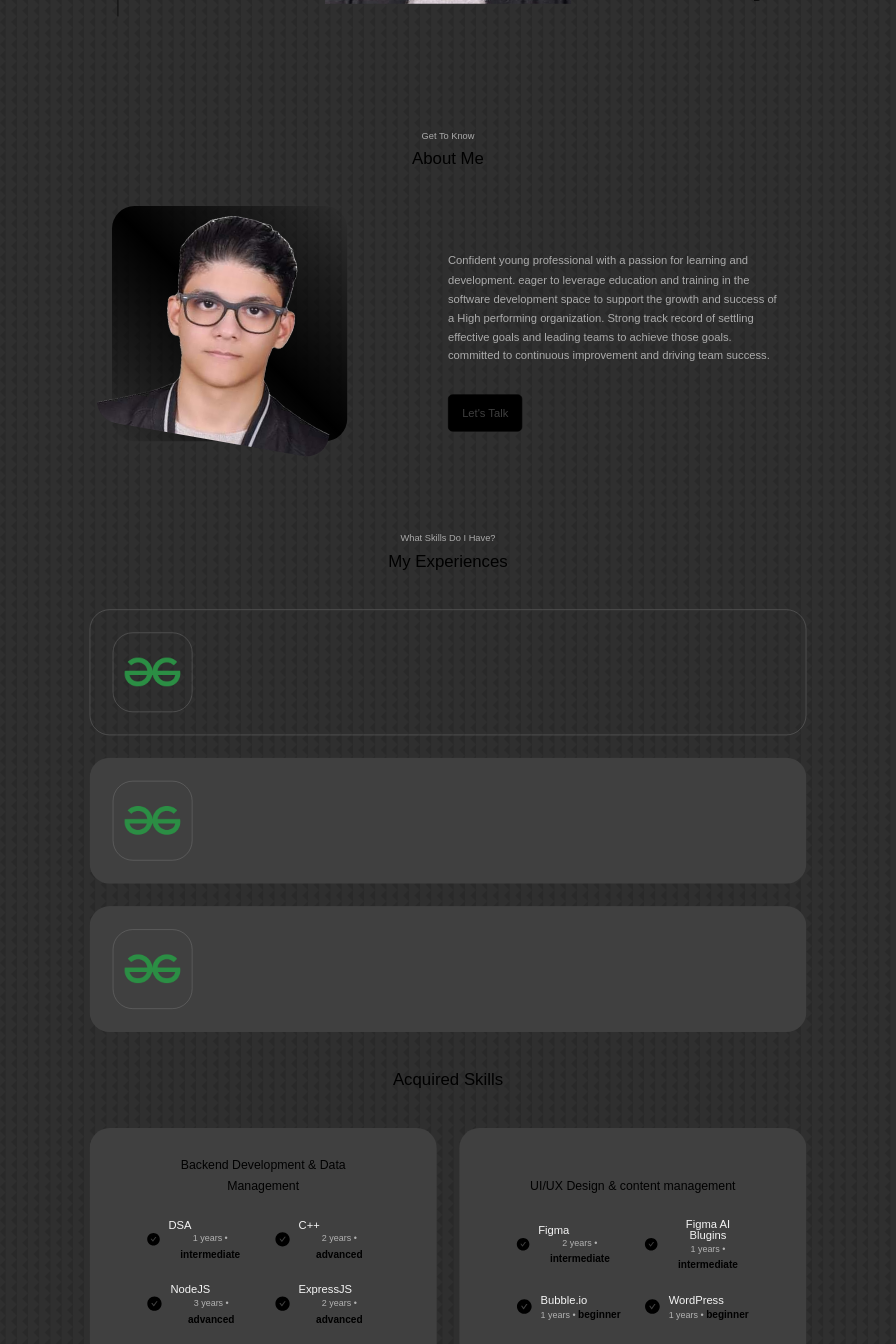
Repository: Z-Bahaa/project_joker_react_portfolio
Page: /
The author's editor kept a copy of each file at every save. The page is drawn from the files as they stood at one save, then again after the next save.
The browser window is 1280 px wide. The pictures show the part of the page from y = 808 to 2728 px (the page is 5483 px tall), at 70% of full size.
The pointer rests on the first visible `.history__container>div .image-container`.
Some web fonts or font styles are not loaded; a fallback is used. The project was rebuilt for these pictures with package versions that can differ from the ones it lists, and the page was loaded fresh each time. Imported but missing from the stored project, and not drawn on this page: src/assets/resume.pdf.

Above is the page before, as saved 2023-08-21 13:50:33.

### public/index.html
<!DOCTYPE html>
<html lang="en">

<head>
  <meta charset="UTF-8">
  <meta name="viewport" content="width=device-width, initial-scale=1.0">
  <title>Zeyad Bahaa</title>
  <link rel="shortcut icon" href="/Logo.png" />
</head>

<body>
  <div id="root"></div>
</body>

</html>

### src/App.jsx
import Header from './components/header/Header'
import Nav from './components/nav/Nav'
import About from './components/about/About'
import Experience from './components/experience/Experience'
// import Services from './components/services/Services'
import Portfolio from './components/portfolio/Portfolio'
// import Testimonials from './components/testimonials/Testimonials'
import Contact from './components/contact/Contact'
import Footer from './components/footer/Footer'


const App = () => {
  return (
    <>
      <Header />
      <Nav />
      <About />
      <Experience />
      {/* <Services /> */}
      <Portfolio />
{/*       <Testimonials /> */}
      <Contact />
      <Footer />

    </>
  )
}

export default App

### src/components/header/Header.jsx
import './header.css';
import CTA from './CTA'
import ME from '../../assets/me-3.png'
import HeaderSocials from './HeaderSocials'

const Header = () => {
  return (
    <div className='header container' id='home'>
      <div className='header__container'>
        <h5>Hello, I'm</h5>
        <h1>Zeyad Bahaa</h1>
        <h5 className="text-light">Software & web development Enthusiast</h5>
        <CTA />
        <HeaderSocials />

        <div className="me">
          <img src={ME} alt="" />
        </div>

        <a href='#contact' className="scroll__down">Scroll Down</a>
      </div>
    </div>
  )
}

export default Header

### src/components/nav/Nav.jsx
import './nav.css'
import { AiOutlineHome, AiOutlineUser, AiOutlineMessage } from 'react-icons/ai'
import { BiBookAlt } from 'react-icons/bi'
import { BsBagDash } from 'react-icons/bs'
import { useState} from 'react'

const Nav = () => {
  const [activeNav, setActiveNAv] = useState('#')
  return (
    <div className="nav">
      <a href="#home" className={activeNav === '#' ? 'active' : ''} onClick={() => setActiveNAv('#')}><AiOutlineHome /></a>
      <a href="#about" className={activeNav === '#about' ? 'active' : ''} onClick={() => setActiveNAv('#about')}><AiOutlineUser /></a>
      <a href="#experience" className={activeNav === '#experience' ? 'active' : ''} onClick={() => setActiveNAv('#experience')}><BiBookAlt /></a>
      <a href="#services" className={activeNav === '#services' ? 'active' : ''} onClick={() => setActiveNAv('#services')}><BsBagDash /></a>
      <a href="#contact" className={activeNav === '#contact' ? 'active' : ''} onClick={() => setActiveNAv('#contact')}><AiOutlineMessage /></a>
    </div>
  )
}

export default Nav

### src/components/about/About.jsx
import './about.css'
import ME from '../../assets/me-3.png'
/* import { FiAward, FiUsers } from 'react-icons/fi'
import { AiFillFolderOpen } from 'react-icons/ai' */
const About = () => {
  return (
    <div className="section" id="about">
      <h5>Get To Know</h5>
      <h2>About Me</h2>

      <div className="container about__container">
        <div className="about__me">
          <div className="about__me-image">
            <img src={ME} alt="About" />
          </div>
        </div>

        <div className="about__content">
          {/* <div className="about__cards">

            <div className="about__card">
              <FiAward className="about__icon" />
              <h5>Experience</h5>
              <small>3+ Years Working</small>
            </div>

            <div className="about__card">
              <FiUsers className="about__icon" />
              <h5>Clients</h5>
              <small>200+ Worldwide</small>
            </div>

            <div className="about__card">
              <AiFillFolderOpen className="about__icon" />
              <h5>Projects</h5>
              <small>80+ Completed Projects</small>
            </div>

          </div> */}

          <p>
          Confident young professional with a passion for learning and development. eager to leverage education and training in the software development space to support the growth and success of a High performing organization. Strong track record of settling effective goals and leading teams to achieve those goals. committed to continuous improvement and driving team success.
          </p>

          <a href="#contact" className="btn btn-primary">Let's Talk</a>
        </div>
      </div>
    </div>
  )
}

export default About

### src/components/experience/Experience.jsx
import './experience.css'
import {experiences} from '../../data/experiences'
import { AiFillCheckCircle } from 'react-icons/ai'
import GFG from '../../assets/GFG.png'

const Experience = () => {
  return (
    <div className="section" id="experience">
      <h5>What Skills Do I Have?</h5>
      <h2>My Experiences</h2>
      <div className="history__container">
        {
          experiences.map((field) => (
            <div>
              <div className="image-container">
                <img src={GFG}/>
              </div>
            </div>
          ))
        }
      </div>
      <h2>Acquired Skills</h2>
      <div className="experience__container">
        {
          experiences.map((field) => (
            <div>
              <h3>{field.title}</h3>
              <div className="experience__content">
                {
                  field.list.map((item) => (
                    <div className="experience__details">

                        <AiFillCheckCircle className="experience__details-icon"/>
                        <div>
                          <h4>{item.name}</h4>
                          <small>{(item.experience + " ")} • <span>{" " + item.level}</span> </small>
                        </div>
                    </div>
                  ))
                }
              </div>
            </div>
          ))
        }
      </div>

    </div>
  )
}

export default Experience

### src/components/portfolio/Portfolio.jsx
import './portfolio.css'
import projects from '../../data/projects'



const Portfolio = () => {
  return (
    <div className="section">
      <h5>My Recent Work</h5>
      <h2>Portfolio</h2>

      <div className="container portfolio__container">
        {
          projects.map(item => (
            <div  key={item.id} className="portfolio__item">
              <img src={item.img} className="portfolio__item-image" alt=""/>
              <h3>{item.title || 'This is a portfolio item title'}</h3>
              <div className="portfolio__item-cta">
                <a className="btn" href={item.github} target='_blank' rel="noreferrer">Github</a>
                <a className="btn btn-primary" href={item.demo} target='_blank' rel="noreferrer">Live Demo</a>
              </div>
            </div>
          ))
        }
      </div>
    </div>
  )
}

export default Portfolio

### src/components/contact/Contact.jsx
import './contact.css'
import { AiOutlineMail, AiOutlineWhatsApp } from 'react-icons/ai'
import { RiMessengerLine } from 'react-icons/ri'


const Contact = () => {

  return (
    <div className="section" id="contact">
      <h5>Get In Touch</h5>
      <h2>Contact Me</h2>

      <div className="container contact__container">
        <div className="contact__options">

          <div className="contact__option">
            <AiOutlineMail className='contact__option-icon'/>
            <h4>Email</h4>
            <h5>zizobahaapersonal@gmail.com</h5>
            <a href="mailto:zizobahaapersonal@gmail.com">Send a message</a>
          </div>

          <div className="contact__option">
            <RiMessengerLine className='contact__option-icon'/>
            <h4>Messenger</h4>
            <h5>Zizo Bahaa</h5>
            <a href="https://m.me/100071918118359">Send a message</a>
          </div>
          <div className="contact__option">
            <AiOutlineWhatsApp className='contact__option-icon' />
            <h4>WhatsApp</h4>
            <h5>+201020730202</h5>
            <a href="https://api.whatsapp.com/send?phone=201020730202" >Send a message</a>
          </div>

        </div>

{        <form
          // ref={form}
          // onSubmit={sendEmail}
          >
          <input type="text" name="name" placeholder="Your Full Name" required/>
          <input type="email" name="email" placeholder="Your Email" required/>
          <textarea name="message" placeholder="Your Message" rows="7" required/>
          <button type="submit" className="btn btn-primary">send Message</button>
        </form>}
      </div>
    </div>
  )
}

export default Contact

### src/components/footer/Footer.jsx
import './footer.css'
import { AiOutlineLinkedin, AiOutlineFacebook, } from 'react-icons/ai'
import { FiTwitter, FiGithub, FiInstagram } from 'react-icons/fi'
import { FaTiktok } from 'react-icons/fa'
import { SiMyanimelist } from 'react-icons/si'

const Footer = () => {
  return (
    <div className="footer">
      <a href="#home" className="footer__icon">Z. bahaa</a>

      <ul className="permalinks">
        <li><a href="#home">Home</a></li>
        <li><a href="#about">About</a></li>
        <li><a href="#experience">Experience</a></li>
        <li><a href="#services">Services</a></li>
        <li><a href="#portfolio">Portfolio</a></li>
        {/* <li><a href="#testimonials">Testimonials</a></li> */}
        <li><a href="#contact">Contact</a></li>
      </ul>

      <div className="footer__socials" >
        <a href='https://www.linkedin.com/in/z-bahaa-194022234/' target='_blank' rel="noreferrer"><AiOutlineLinkedin /></a>
        <a href='https://github.com/Z-Bahaa' target='_blank' rel="noreferrer"><FiGithub /></a>
        <a href='https://www.facebook.com/profile.php?id=100071918118359' target='_blank' rel="noreferrer"><AiOutlineFacebook /></a>
        <a href='https://twitter.com/ZBahaa2' target='_blank' rel="noreferrer"><FiTwitter /></a>
        <a href='https://www.tiktok.com/@z_bahaa' target='_blank' rel="noreferrer"><FaTiktok /></a>
        <a href='https://www.instagram.com/bahaa_zizo/' target='_blank' rel="noreferrer"><FiInstagram /></a>
        <a href='https://myanimelist.net/animelist/zizobahaa1' target='_blank' rel="noreferrer"><SiMyanimelist /></a>
      </div>

      <div className="footer__coptright">
        <small>&copy; Z.bahaa. All rights reserved.</small>
      </div>
    </div>
  )
}

export default Footer

### src/components/header/header.css
.header {
  height: 120vh;
  padding-top: 7rem;
  /* overflow: hidden; */
}

.header__container {
  text-align: center;
  height: 100%;
  position: relative;
}

.cta {
  margin-top: 2.5rem;
  display: flex;
  gap: 1.2rem;
  justify-content: center;
}

.header__socials {
  display: flex;
  flex-direction: column;
  position: absolute;
  left: 0;
  bottom: 2rem;
  gap: 1rem;
}

.header__socials::after {
  content: "";
  width: 1px;
  height: 2rem;
  background: var(--color-primary);
  align-self: center;
}

.me {
  background: linear-gradient(var(--color-primary), transparent);
  width: 22rem;
  max-height: 27rem;
  position: absolute;
  left: calc(50% - 11rem);
  margin-top: 4rem;
  border-radius: 12rem 12rem 0 0;
  -webkit-border-radius: 12rem 12rem 0 0;
  -moz-border-radius: 12rem 12rem 0 0;
  -ms-border-radius: 12rem 12rem 0 0;
  -o-border-radius: 12rem 12rem 0 0;
  overflow: hidden;
  /* padding: 5rem 1.5rem 1.5rem 1.5rem; */
}
/* .me img {
  min-height: 40rem;
} */

.scroll__down {
  position: absolute;
  right: 0rem;
  bottom: 5rem;
  transform: rotate(90deg);
  -webkit-transform: rotate(90deg);
  -moz-transform: rotate(90deg);
  -ms-transform: rotate(90deg);
  -o-transform: rotate(90deg);
  font-weight: 300;
  font-size: 0.9rem
}

@media screen and (max-width: 1024px) {
  .header {
    height: 70vh;
  }
}

@media screen and (max-width: 600px) {
  .header {
    height: 100vh;
  }


}

### src/components/header/CTA.jsx
import CV from '../../assets/resume.pdf'

import React from 'react'

const CTA = () => {
  return (
    <div className="cta">
      <a href={CV} className='btn'>Download CV</a>
      <a href="#contact" className="btn btn-primary">Let's Talk</a>
    </div>
  )
}

export default CTA

### src/components/header/HeaderSocials.jsx
import { AiOutlineLinkedin, AiOutlineFacebook,} from 'react-icons/ai'
import {FiGithub} from 'react-icons/fi'



const HeaderSocials = () => {
  return (
    <div className="header__socials">
      <a href='https://www.linkedin.com/in/zizo-bahaa' target='_blank'  rel="noreferrer"><AiOutlineLinkedin /></a>
      <a href='https://github.com/Z-Bahaa' target='_blank'  rel="noreferrer"><FiGithub /></a>
      <a href='https://www.facebook.com/profile.php?id=100071918118359' target='_blank'  rel="noreferrer"><AiOutlineFacebook /></a>
    </div>
  )
}

export default HeaderSocials

### src/components/nav/nav.css
.nav {
  background: rgba(0, 0, 0, 0.3);
  width: max-content;
  display: block;
  padding: 0.7em 1.7em;
  z-index: 2;
  position: fixed;
  left: 50%;
  transform: translateX(-50%);
  -webkit-transform: translateX(-50%);
  -moz-transform: translateX(-50%);
  -ms-transform: translateX(-50%);
  -o-transform: translateX(-50%);
  bottom: 2rem;
  display: flex;
  gap: 0.8rem;
  border-radius: 3rem;
  -webkit-border-radius: 3rem;
  -moz-border-radius: 3rem;
  -ms-border-radius: 3rem;
  -o-border-radius: 3rem;
  backdrop-filter: blur(15px);
}

.nav a {
  background: transparent;
  padding: 0.8rem;
  border-radius: 50%;
  -webkit-border-radius: 50%;
  -moz-border-radius: 50%;
  -ms-border-radius: 50%;
  -o-border-radius: 50%;
  display: flex;
  color: var(--color-light);
  font-size: 1.1rem;
}

.nav a:hover {
  background: rgba(0, 0, 0, 0.3);
}

.nav a.active {
  background: var(--color-primary);
  color: var(--color-bg)
}

### src/components/experience/experience.css
.experience__container {
  display: grid;
  grid-template-columns: 1fr 1fr;
  justify-content: center;
  gap: 2rem;
  margin-inline: 8rem;
}

.history__container {
  display: grid;
  grid-template-columns: 1fr;
  justify-content: center;
  gap: 2rem;
  margin-inline: 8rem;
  margin-bottom: 3rem;
}

.experience__container>div, .history__container>div {
  background: var(--color-bg-variant);
  display: flex;
  flex-direction: column;
  justify-content: center;
  width: 100%;
  padding: 2.4rem 5rem;
  border-radius: 1.8rem;
  -webkit-border-radius: 1.8rem;
  -moz-border-radius: 1.8rem;
  -ms-border-radius: 1.8rem;
  -o-border-radius: 1.8rem;
  border: 1px solid transparent;
  transition: var(--transition);
  -webkit-transition: var(--transition);
  -moz-transition: var(--transition);
  -ms-transition: var(--transition);
  -o-transition: var(--transition);
}

.history__container>div {
  display: flex;
  flex-direction: row;
  align-items: center;
  justify-content: flex-start;
  padding: 2rem;
}

.history__container>div .image-container{
  aspect-ratio: 1;
  display: flex;
  align-items: center;
  justify-content: center;
  width: fit-content;
  padding: 1rem;
  /* background-color: red; */
  border-radius: 1.8rem;
  -webkit-border-radius: 1.8rem;
  -moz-border-radius: 1.8rem;
  -ms-border-radius: 1.8rem;
  -o-border-radius: 1.8rem;
  /* background: transparent; */
  border-style: solid;
  border-width: 1px;
  border-color: var(--color-primary-variant);
}
.history__container>div .image-container:hover{
  background: transparent;
  border-style: solid;
  border-width: 1px;
  border-color: var(--color-primary-variant);
}

.history__container>div .image-container img{
  width: 5rem;
}

.experience__container>div:hover, .history__container>div:hover {
  background: transparent;
  border-color: var(--color-primary-variant);
  cursor: default;
}

.experience__container>div h3 {
  text-align: center;
  font-size: 1.1rem;
  margin-bottom: 2rem;
  color: var(--color-primary);
}

.experience__content {
  display: grid;
  grid-template-columns: 1fr 1fr;
  width: 100%;
  justify-content: space-between;
  /* background-color: red; */
  align-items: space-between;
  gap: 2rem;
  row-gap: 1.9rem;
}

.experience__details {
  display: flex;
  /* background-color: red; */
  width: fit-content;
  align-items: center;
  gap: .7rem;
}

.experience__details-icon {
  margin-bottom: 6px;
  font-size: 1.5rem;
  color: var(--color-primary);
}

.experience__details div {
  display: flex;
  flex-direction: column;
  gap: 0;
  align-items: flex-start;
  justify-content: center;
}

.experience__details div h4 {
  text-align: center;
  font-size: 1rem;
  line-height: 1rem;
  color: var(--color-white);
}

.experience__details div small {
  text-align: center;
  font-size: .8rem;
  /* line-height: 1rem; */
  color: var(--color-light);
}

.experience__details div span {
  text-align: center;
  font-size: .9rem;
  font-weight: bold;
  color: var(--color-primary);
}

@media screen and (max-width: 1024px) {
  .experience__container {
    grid-template-columns: 1fr;
    gap: 2rem;
  }

  .experience__container>div {
    width: 80%;
    padding: 2rem;
    margin: 0 auto;
  }

  .experience__content {
    padding: 1rem;
  }
}

@media screen and (max-width: 600px) {
  .experience__container {
    gap: 1rem;
  }

  .experience__container>div {
    width: 100%;
    padding: 2rem 1rem;
    margin: 0 auto;
  }
}

### src/components/portfolio/portfolio.css
.portfolio__container {
  display: grid;
  grid-template-columns: repeat(3, 1fr);
  gap: 2.5rem;
}

.portfolio__item {
  background: var(--color-bg-variant);
  padding: 1.2rem;
  border-radius: 2rem;
  -webkit-border-radius: 2rem;
  -moz-border-radius: 2rem;
  -ms-border-radius: 2rem;
  -o-border-radius: 2rem;
  border: 1px solid transparent;
  transition: var(--transition);
  -webkit-transition: var(--transition);
  -moz-transition: var(--transition);
  -ms-transition: var(--transition);
  -o-transition: var(--transition);
}

.portfolio__item:hover {
  border-color: var(--color-primary-variant);
  background: transparent;
}

.portfolio__item-image {
  border-radius: 1.5rem;
  -webkit-border-radius: 1.5rem;
  -moz-border-radius: 1.5rem;
  -ms-border-radius: 1.5rem;
  -o-border-radius: 1.5rem;
  overflow: hidden;
}

.portfolio__item h3 {
  margin: 1.2rem 0.2rem;
}

.portfolio__item-cta {
  display: flex;
  gap: 1rem;
  margin-bottom: 1rem;
}

@media screen and (max-width: 1024px) {
  .portfolio__container {
    grid-template-columns: 1fr 1fr;
    gap: 1.2rem;
  }
}

@media screen and (max-width: 600px) {
  .portfolio__container {
    grid-template-columns: 1fr;
    gap: 1rem;
  }
}

### src/components/contact/contact.css
.container.contact__container {
  width: 58%;
  display: grid;
  grid-template-columns: 30% 58%;
  gap: 12%;
}

.contact__options {
  display: flex;
  flex-direction: column;
  gap: 1.2rem;
}

.contact__option {
  background: var(--color-bg-variant);
  padding: 1.2rem;
  border-radius: 1.2rem;
  -webkit-border-radius: 1.2rem;
  -moz-border-radius: 1.2rem;
  -ms-border-radius: 1.2rem;
  -o-border-radius: 1.2rem;
  text-align: center;
  border: 1px solid transparent;
  transition: var(--transition);
  overflow: hidden;
}

.contact__option:hover {
  background: transparent;
  border-color: var(--color-primary-variant);
}

.contact__option-icon {
  font-size: 1.5rem;
  margin-bottom: 0.5rem;

}

.contact__option a {
  margin-top: 0.7rem;
  display: inline-block;
  font-size: .8rem;
}

form {
  display: flex;
  flex-direction: column;
  gap: 1.2rem;
}

input, textarea {
  width: 100%;
  padding: 1.5rem;
  border-radius: 0.5rem;
  -webkit-border-radius: 0.5rem;
  -moz-border-radius: 0.5rem;
  -ms-border-radius: 0.5rem;
  -o-border-radius: 0.5rem;
  background: transparent;
  border: 1px solid var(--color-primary-variant);
  resize: none;
  color: var(--color-white);
}

@media screen and (max-width: 1024px) {
  .container.contact__container {
    grid-template-columns: 1fr;
    gap: 2rem;
  }
}

@media screen and (max-width: 600px) {
  .container.contact__container {
    width: var(--container-width-sm);
  }
}

### src/components/footer/footer.css
.footer {
  background: var(--color-primary);
  padding: 3rem 0;
  padding-bottom: 0;
  text-align: center;
  font-size:0.9rem;
  margin-top: 7rem;
}

.footer a {
  color: var(--color-bg);
}

.footer__icon {
  font-size:2rem;
  font-weight: 500;
  margin-bottom: 2rem;
  display: inline-block;
}

.permalinks {
  display: flex;
  flex-wrap: wrap;
  justify-content: center;
  gap: 2rem;
  margin: 0 auto 3rem;
}

.footer__socials {
  display: flex;
  justify-content: center;
  gap: 1rem;
  margin-bottom: 4rem;
}

.footer__socials a {
  background: var(--color-bg);
  color: var(--color-white);
  padding: 0.8rem;
  border-radius: 0.7rem;
  -webkit-border-radius: 0.7rem;
  -moz-border-radius: 0.7rem;
  -ms-border-radius: 0.7rem;
  -o-border-radius: 0.7rem;
  display: flex;
  border: 1px solid transparent;
  margin-bottom: 5rem;
}

.footer__socials a:hover {
  background: transparent;
  color: var(--color-bg);
  border-color: var(--color-bg);

}

.footer__copyright {
  margin-bottom: 4rem;
  color: var(--color-bg);
}

@media screen and (max-width: 600px) {
  .permalinks {
    flex-direction: column;
    gap: 1.5rem;
  }
}

Loaded but not shown: src/data/experiences.js (105 lines, source omitted); src/data/projects.js (59 lines, source omitted); src/index.js (5 lines, source omitted); src/index.css (151 lines, source omitted); src/components/about/about.css (141 lines, source omitted)

After the next save:
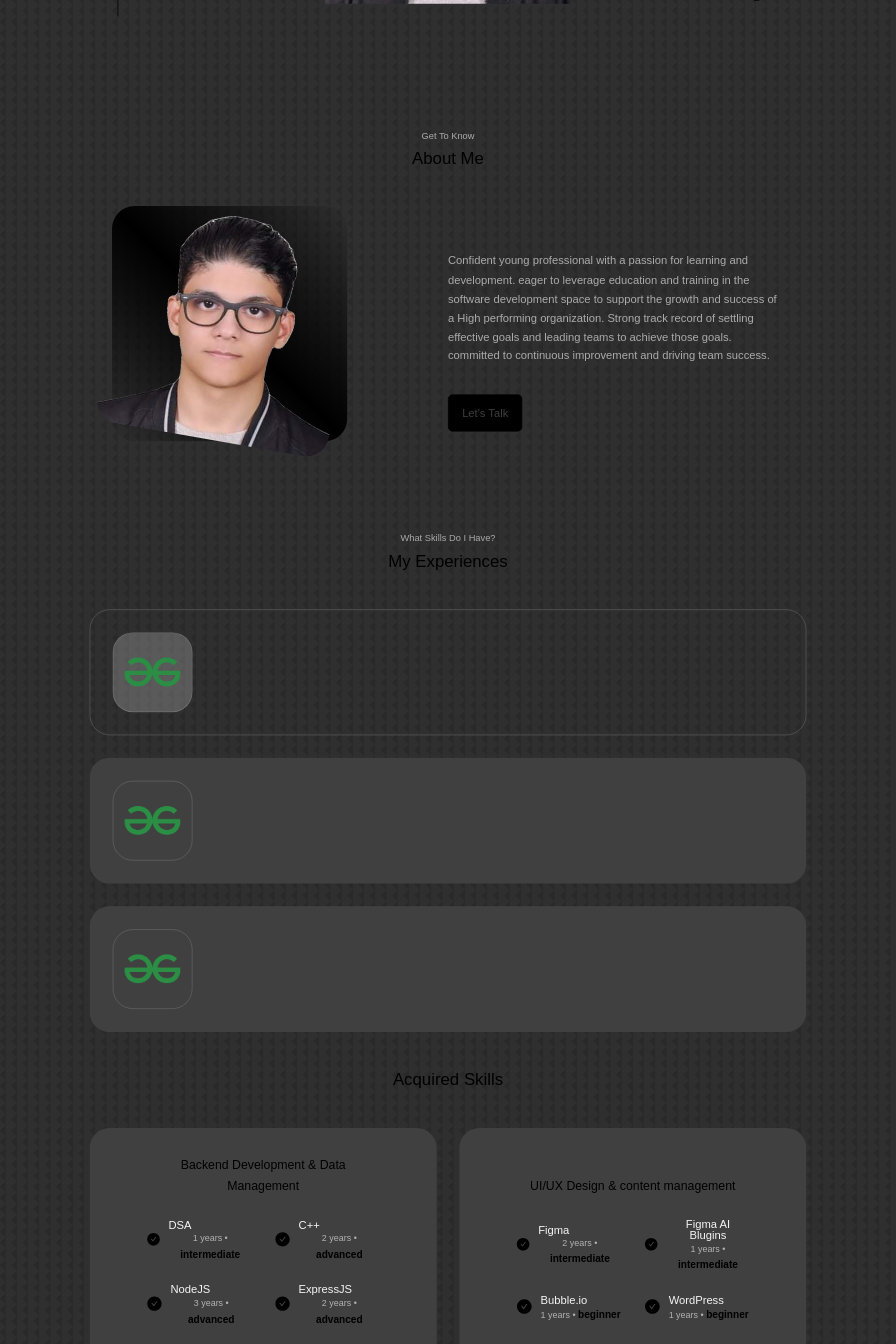
Saved 6 s later.
--- a/src/components/experience/experience.css
+++ b/src/components/experience/experience.css
@@ -62,7 +62,7 @@
   border-color: var(--color-primary-variant);
 }
 .history__container>div .image-container:hover{
-  background: transparent;
+  background: var(--color-primary-variant);
   border-style: solid;
   border-width: 1px;
   border-color: var(--color-primary-variant);
